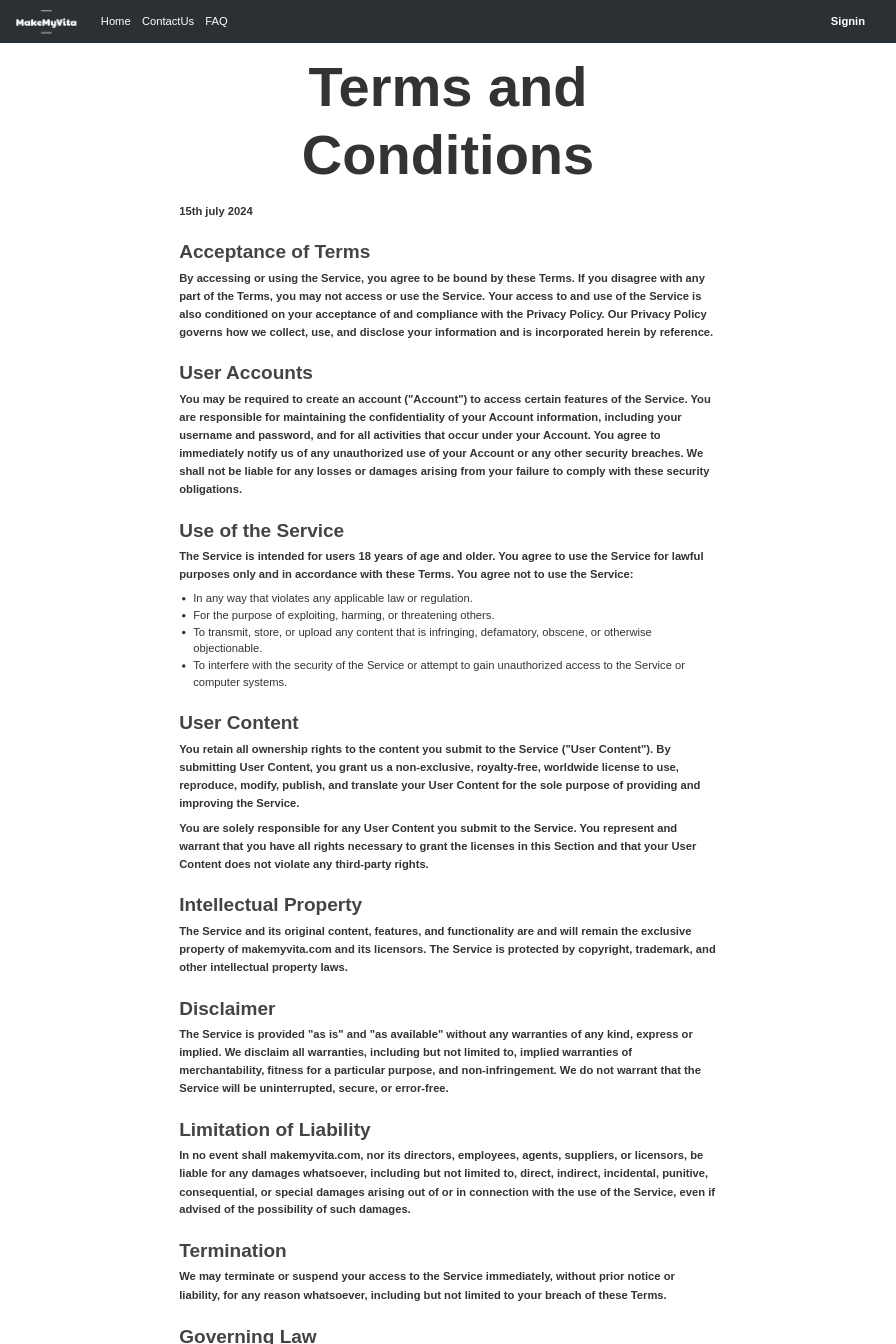
Repository: Tejaakshaykumar/MakeMyVita-Resume-Builder-Website
Page: /T&C (app in frontend/)
These files come from the project's save history. The page is drawn as it stood at one moment and after the next save; the edit follows.
The browser window is 1280 px wide. The pictures show the part of the page from y = 0 to 1920 px (the page is 2725 px tall), at 70% of full size.
Some web libraries are served in a nearby version. The project was rebuilt for these pictures with package versions that can differ from the ones it lists, and the page was loaded fresh each time. Also part of the build but not shown: frontend/src/App.css, frontend/src/containers/About.js, frontend/src/containers/Buildresume.js, frontend/src/containers/Images.js, frontend/src/containers/Features.js, frontend/src/containers/Review.js, frontend/src/containers/Trybox.js, frontend/src/containers/Motionbox.js and 5 more.

Above is the page before, as saved 2024-06-10 11:34:10.

### frontend/public/index.html
<!DOCTYPE html>
<html lang="en">
  <head>
    <meta charset="utf-8" />
    <link rel="icon" href="%PUBLIC_URL%/favicon.ico" />
    <meta name="viewport" content="width=device-width, initial-scale=1" />
    <meta name="theme-color" content="#000000" />
    <meta
      name="description"
      content="Web site created using create-react-app"
    />
    <link rel="apple-touch-icon" href="%PUBLIC_URL%/logo192.png" />
    <!--
      manifest.json provides metadata used when your web app is installed on a
      user's mobile device or desktop. See https://developers.google.com/web/fundamentals/web-app-manifest/
    -->
    <link rel="manifest" href="%PUBLIC_URL%/manifest.json" />
    <link rel="stylesheet" href="https://stackpath.bootstrapcdn.com/bootstrap/4.5.2/css/bootstrap.min.css">
  <link rel="stylesheet" href="https://stackpath.bootstrapcdn.com/font-awesome/4.7.0/css/font-awesome.min.css">
  <link href="https://cdn.jsdelivr.net/npm/bootstrap@5.3.3/dist/css/bootstrap.min.css" rel="stylesheet" integrity="sha384-QWTKZyjpPEjISv5WaRU9OFeRpok6YctnYmDr5pNlyT2bRjXh0JMhjY6hW+ALEwIH" crossorigin="anonymous">
  <link href="https://cdn.jsdelivr.net/npm/bootstrap-icons@1.7.2/font/bootstrap-icons.css" rel="stylesheet">
    <!--
      Notice the use of %PUBLIC_URL% in the tags above.
      It will be replaced with the URL of the `public` folder during the build.
      Only files inside the `public` folder can be referenced from the HTML.

      Unlike "/favicon.ico" or "favicon.ico", "%PUBLIC_URL%/favicon.ico" will
      work correctly both with client-side routing and a non-root public URL.
      Learn how to configure a non-root public URL by running `npm run build`.
    -->
    <title>React App</title>
  </head>
  <body>
    <noscript>You need to enable JavaScript to run this app.</noscript>
    <div id="root"></div>
    <!--
      This HTML file is a template.
      If you open it directly in the browser, you will see an empty page.

      You can add webfonts, meta tags, or analytics to this file.
      The build step will place the bundled scripts into the <body> tag.

      To begin the development, run `npm start` or `yarn start`.
      To create a production bundle, use `npm run build` or `yarn build`.
    -->
  </body>
  <script src="https://cdn.jsdelivr.net/npm/bootstrap@5.3.3/dist/js/bootstrap.bundle.min.js" integrity="sha384-YvpcrYf0tY3lHB60NNkmXc5s9fDVZLESaAA55NDzOxhy9GkcIdslK1eN7N6jIeHz" crossorigin="anonymous"></script>
</html>

### frontend/src/containers/Navbar.js
import React from 'react';
import { useNavigate } from 'react-router-dom';
import logo from '../images/HubSpot Brand Kit/Logo/PNG/main-logo-white-transparent.png';
export default function Navbar() {
  const navigate = useNavigate();
  const handleSigninClick = () => {
    navigate('/signin');
  };
  return (
    <div>

      <nav className="navbar fixed-top navbar-expand-lg bg-body-tertiary" data-bs-theme="dark" >
      <div className="container-fluid" >
        <a className="navbar-brand" href="/">
        <img src={logo} alt="Logo" style={{height:'5vh',width:'15vh',objectFit:'cover'}} />
        </a>
        <button
          className="navbar-toggler"
          type="button"
          data-bs-toggle="collapse"
          data-bs-target="#navbarSupportedContent"
          aria-controls="navbarSupportedContent"
          aria-expanded="false"
          aria-label="Toggle navigation"
        >
          <span className="navbar-toggler-icon" />
        </button>
        <div className="collapse navbar-collapse" id="navbarSupportedContent">
          <ul className="navbar-nav me-auto mb-2 mb-lg-0">
            <li className="nav-item">
              <a className="nav-link active" aria-current="page" href="/">
                Home
              </a>
            </li>
            <li className="nav-item">
              <a className="nav-link active" aria-current="page" href="#">
                ContactUs
              </a>
            </li>
            <li className="nav-item">
              <a className="nav-link active" aria-current="page" href="/FAQ">
                FAQ
              </a>
            </li>
          </ul>
          <form className="d-flex">
            <button className=" btn btn-outline-success custom-btn" type="submit" onClick={handleSigninClick}>
            &nbsp;&nbsp;&nbsp;&nbsp;&nbsp;Signin&nbsp;&nbsp;&nbsp;&nbsp;&nbsp;
            </button>
          </form>
        </div>
      </div>
    </nav>

    </div>
  );
}

### frontend/src/containers/Foot.js
import React from 'react';
import './cont.css'; // Import the CSS file

export default function Foot() {
  return (
    <footer>
      <div className="footer-container ">
        <ul className="footer-nav">
        <li className="nav-item">
            <a className="nav-link" href="/aboutus">
              ABOUT US
            </a>
          </li>
          <>|</>
          <li className="nav-item">
            <a className="nav-link" href="/T&C">
              TERMS & CONDITIONS
            </a>
          </li>
          <>|</>
        <li className="nav-item">
            <a className="nav-link" href="/privacy">
              PRIVACY POLICY
            </a>
          </li>
          <>|</>
          <li className="nav-item">
            <a className="nav-link" href="#">
              CONTACT US
            </a>
          </li>
          <>|</>
          <li className="nav-item">
            <a className="nav-link" href="/FAQ">
              FAQs
            </a>
          </li>
        </ul>
        <div class="social-icons">
        <a href="https://www.facebook.com" target="_blank" aria-label="Facebook">
          <i class="bi bi-facebook"></i>
        </a>
        <a href="https://www.instagram.com" target="_blank" aria-label="Instagram">
          <i class="bi bi-instagram"></i>
        </a>
        <a href="https://www.pinterest.com" target="_blank" aria-label="Pinterest">
          <i class="bi bi-pinterest"></i>
        </a>
        <a href="https://www.youtube.com" target="_blank" aria-label="YouTube">
          <i class="bi bi-youtube"></i>
        </a>
        <a href="https://www.linkedin.com" target="_blank" aria-label="LinkedIn">
          <i class="bi bi-linkedin"></i>
        </a>
        <a href="https://www.twitter.com" target="_blank" aria-label="Twitter">
          <i class="bi bi-twitter"></i>
        </a>
      </div>
      <div className="footer-copy">
          &copy; 2024 developed by Teja Akshay Kumar
      </div>
      </div>
    </footer>
  );
}

### frontend/src/containers/cont.css
/* navbar */
.custom-btn {
  color: white;
}
.custom-btn:hover {
  color: black;
  background-color: white;
}

.footer-container {
  height: 25vh;
  width: 100%;
  background-color: rgb(0, 0, 0);
  color: white;
  display: flex;
  flex-direction: column;
  align-items: center;
  /* padding-bottom: 3%; */
  /* justify-content: center; */
}

.footer-nav {
  display: flex;
  list-style: none;
  padding-top: 30px;
  margin: 0;
}

.footer-nav .nav-item {
  margin: 0 50px;
}

.footer-nav .nav-item .nav-link {
  color: white;
  text-decoration: none;
  /* text-transform: uppercase; */
  /* text-decoration: underline; */
}

.footer-nav .nav-item .nav-link:hover {
  text-decoration: underline;
}

.footer-copy {
  /* padding-top: 5%; */
  text-align: center;
  font-size: large;
  font-weight: 500;
  /* padding-bottom: 3%; */
}

.social-icons {
  display: flex;
  justify-content: center;
  gap: 40px;
  padding: 40px;
  /* background-color: #f0f0f0; */
}

.social-icons a {
  color: #ffffff;
  font-size: 24px;
  text-decoration: none;
}

.social-icons a:hover {
  color: #007bff;
}

/* Features */

.feature-component {
  height: 90vh;
  width: 100%;
  display: flex;
  justify-content: flex-start;
  flex-wrap: wrap;
  margin-top: 10%;
  padding-left: 8%;
  padding-right: 8%;
}
.feature {
  flex: 1 1 30%;
  box-sizing: border-box;
  padding: 20px;
  margin: 10px;
  text-align: center;
  background-color: #fff;
  border-radius: 8px;
  /* box-shadow: 0 4px 8px rgba(0, 0, 0, 0.1); */
}

.feature img {
  width: 60px;
  height:80px;
  margin-bottom: 10px;
}

.feature h3 {
  font-size: 1.5em;
  margin-bottom: 10px;
  font-weight: 500;
  font-family:'Franklin Gothic Medium', 'Arial Narrow', Arial, sans-serif;
}

.feature p {
  font-size: 1.3em;
  color: #666;
  font-weight: 400;
  font-family: 'Gill Sans', 'Gill Sans MT', Calibri, 'Trebuchet MS', sans-serif;
}

.feature:hover {
  background: linear-gradient(to right, #fd4908, #1e90ff);
  box-shadow: black;
  border-radius: 5%;
  color: rgb(255, 255, 255);
}

.feature:hover h3,
.feature:hover p {
  color: rgb(255, 255, 255);
}

/* About */
.resume-builder-container {
  display: flex;
  flex-direction: row;
  justify-content: space-between;
  align-items: center;
  padding: 10vh;
  /* background-color: #fff; */
  background: linear-gradient(to right, #84eefc, #ffffff, #ffffff);
  /* background:linear-gradient(to left, #00e1ff,#ffffff, #ffffff); */
  /* border: 1px solid #ddd; */
  /* border-radius: 8px; */
  /* box-shadow: 0 2px 4px rgba(0, 0, 0, 0.1); */
  height: 80vh;
}

.resume-builder-container1 {
  display: flex;
  flex-direction: row;
  justify-content: space-between;
  align-items: center;
  padding: 10vh;
  height: 80vh;
  background: linear-gradient(to top, #ffffff, #59CE8F,#E8F9FD, #ffffff);
}

/* .resume-builder-image {
    -webkit-mask-image: radial-gradient(circle, rgba(0, 0, 0, 1) 50%, rgba(0, 0, 0, 0) 90%);
    mask-image: radial-gradient(circle, rgba(0, 0, 0, 1) 50%, rgba(0, 0, 0, 0) 90%);
  }
   */
.resume-builder-content {
  max-width: 60%;
  padding: 10%;
}

.resume-builder-content1 {
  max-width: 70%;
  padding: 10%;
}

.resume-builder-content h1 {
  font-size: 4em;
  color: #333;
  margin-bottom: 10px;
  font-family: "Franklin Gothic Medium", "Arial Narrow", Arial, sans-serif;
  text-align: left;
}

.resume-builder-content p {
  font-size: 1.4em;
  font-weight: 400;
  color: #666;
  line-height: 1.5;
  margin-bottom: 20px;
  /* padding-left: 2%; */
  /* text-align: center; */
}

.resume-builder-content1 h1 {
  font-size: 4em;
  color: #333;
  margin-bottom: 10px;
  font-family: "Franklin Gothic Medium", "Arial Narrow", Arial, sans-serif;
  text-align: left;
}

.resume-builder-content1 p {
  font-size: 1.4em;
  font-weight: 400;
  color: #666;
  line-height: 1.5;
  margin-bottom: 20px;
  /* padding-left: 2%; */
  /* text-align: center; */
}

.aboutbutton {
  height: 6vh;
  width: 27%;
  margin-left: 20%;
  margin-top: 2%;
  text-align: center;
  font-weight: 500;
  border-radius: 7px;
  color: #ffffff;
  font-weight: 700;
  transition: background 0.3s ease;
  /* border-style:solid; */
  border-color: white;
  background: #3e14fc;
  box-shadow: 0 2px 6px rgba(24, 23, 23, 0.801);
  /* box-shadow: #3e14fc; */
}
.aboutbutton:hover {
  transition: background 0.3s ease;
  border-style: solid;
  background: linear-gradient(to right, #ffd000, #ff0000);
  box-shadow: #3e14fc;
}

.create-now-button {
  background-color: #00b0ff;
  color: #fff;
  border: none;
  padding: 10px 20px;
  font-size: 1em;
  border-radius: 5px;
  cursor: pointer;
}

.create-now-button:hover {
  background-color: #008cba;
}

.resume-builder-image {
  max-width: 40%;
}

.resume-builder-image img {
  max-width: 100%;
  height: auto;
  border-radius: 8px;
}

.text-gradient {
  background: linear-gradient(to right, #ff7f50, #1e90ff);
  -webkit-background-clip: text;
  -webkit-text-fill-color: transparent;
  background-clip: text;
  color: transparent;
}

.icon-container {
  width: 100%;
  height: 100px;
  overflow: hidden;
  white-space: nowrap;
  position: relative;
  background-color: #ffffff;
  padding-bottom: 25px;
}

.icons {
  display: inline-block;
  animation: moveIcons 40s linear infinite;
}

.icons img {
  font-size: 24px;
  margin: 0 15px; /* Add some margin between icons */
  color: #333;
  /* width: 100px; Adjust the size as needed */
  height: 50px;
}

@keyframes moveIcons {
  0% {
    transform: translateX(70%);
  }
  100% {
    transform: translateX(-100%);
  }
}

.try {
  height: 30vh;
  width: 100%;
  background-image: url("C:/Users/tejaa/Downloads/pexels-magda-ehlers-pexels-1279813.jpg");
  background-size: cover;
  align-items: center;
  display: flex;
  flex-direction: column;
  justify-content: center;
  margin-bottom: 7vh;
  margin-top: 5vh;
}

.try h2 {
  font-size: 280%;
  color: antiquewhite;
  text-shadow: 5px 5px 3px rgba(0, 0, 0, 0.3);
}
.try button {
  height: 4vh;
  width: 15%;
  font-weight: 700;
  border-radius: 5cm;
  color: blanchedalmond;
  border: #ffffff;
  background: linear-gradient(to right, #fd0808, #a51eff);
}

/* Review */
/* Styles for the main container */
/* Swiper specific styles */
/* #App {
  height: 100%;
}
html,
body {
  position: relative;
  height: 100%;
}

body {
  background: #eee;
  font-family: Helvetica Neue, Helvetica, Arial, sans-serif;
  font-size: 14px;
  color: #000;
  margin: 0;
  padding: 0;
} */
.swiper-container {
  /* position: relative; */
  height: 30vh;
  background: #ffffff;
  font-family: Helvetica Neue, Helvetica, Arial, sans-serif;
  font-size: 14px;
  color: #000;
  margin: 30px;
  padding: 10px;
  display: flex;
  flex-direction: row;
  justify-content: center;
}

.swiper {
  width: 100%;
  height: 100%;
}

.swiper-slide {
  text-align: center;
  font-size: 18px;
  background: #ffffff;
  display: flex;
  justify-content: center;
  align-items: center;
  padding-top: 20%;
  /* margin: 5%; */
}

.swiper-slide img {
  display: block;
  width: 100%;
  height: 100%;
  object-fit: cover;
}

.autoplay-progress {
  position: absolute;
  right: 16px;
  bottom: 16px;
  z-index: 10;
  width: 48px;
  height: 48px;
  display: flex;
  align-items: center;
  justify-content: center;
  font-weight: bold;
  color: var(--swiper-theme-color);
}

.autoplay-progress svg {
  --progress: 0;
  position: absolute;
  left: 0;
  top: 0px;
  z-index: 10;
  width: 100%;
  height: 100%;
  stroke-width: 4px;
  stroke: var(--swiper-theme-color);
  fill: none;
  stroke-dashoffset: calc(125.6px * (1 - var(--progress)));
  stroke-dasharray: 125.6;
  transform: rotate(-90deg);
}

### frontend/src/pages/pagestyles.css
/* TandC */
.tandc-container {
    max-width: 100%;
    margin: 0 auto;
    padding: 6% 20%;
    font-family: Arial, sans-serif;
    color: #333;
    /* margin-top: 7%; */
  }

  .tandc-container h1 {
    text-align: center;
    margin-bottom: 20px;
    font-weight: 700;
    font-size: 5rem;
  }

  .tandc-container h2 {
    margin-top: 30px;
    color: #444;
    font-weight: 700;
    font-size: 1.7rem;
  }

  .tandc-container p {
    line-height: 1.6;
    font-weight: 600;
    font-size: 1rem;
  }

  .tandc-container ul {
    list-style-type: disc;
    padding-left: 20px;
  }

  .tandc-container a {
    color: #1a73e8;
    text-decoration: none;
  }

  .tandc-container a:hover {
    text-decoration: underline;
  }


  /* Privacy */
  .privacy-container {
    max-width: 800px;
    margin: 0 auto;
    padding: 20px;
    font-family: 'Arial', sans-serif;
    color: #333;
    line-height: 1.6;
    background-color: #fff;
    border-radius: 8px;
    box-shadow: 0 0 10px rgba(0, 0, 0, 0.1);
  }

  h1 {
    text-align: center;
    color: #333;
    font-size: 2.5rem;
    margin-bottom: 20px;
  }

  h2 {
    color: #444;
    font-size: 1.75rem;
    margin-top: 20px;
  }

  h3 {
    color: #555;
    font-size: 1.5rem;
    margin-top: 15px;
  }

  p {
    margin-bottom: 10px;
  }

  ul {
    list-style-type: disc;
    padding-left: 20px;
  }

  a {
    color: #1a73e8;
    text-decoration: none;
  }

  a:hover {
    text-decoration: underline;
  }

  @media (max-width: 600px) {
    .privacy-container {
      padding: 10px;
    }

    h1 {
      font-size: 2rem;
    }

    h2 {
      font-size: 1.5rem;
    }

    h3 {
      font-size: 1.25rem;
    }
  }

  /* Aboutus */
  .about-container {
    font-family: 'Arial', sans-serif;
    color: #fff;
    max-width: 1200px;
    margin: 0 auto;
    padding: 20px;
    background-color: #000; /* For overall contrast, adjust as needed */
  }

  .about-top {
    position: relative;
    text-align: center;
    color: white;
  }

  .about-image {
    width: 100%;
    height: auto;
    border-radius: 10px;
    opacity: 0.8;
  }

  .about-content {
    position: absolute;
    top: 50%;
    left: 50%;
    transform: translate(-50%, -50%);
    background-color: rgba(0, 0, 0, 0.5); /* Semi-transparent background */
    padding: 20px;
    border-radius: 10px;
    max-width: 90%;
    text-align: left;
  }

  .about-content h1 {
    font-size: 3rem;
    margin-bottom: 10px;
  }

  .about-content p {
    font-size: 1.2rem;
  }

  .about-bottom {
    background-color: #222;
    padding: 40px;
    border-radius: 10px;
    margin-top: 20px;
  }

  .about-bottom h2 {
    font-size: 2rem;
    margin-bottom: 20px;
  }

  .about-bottom p,
  .about-bottom ul {
    font-size: 1.2rem;
    line-height: 1.6;
  }

  .about-bottom ul {
    list-style-type: disc;
    padding-left: 20px;
  }

  .about-bottom h3 {
    font-size: 1.5rem;
    margin-top: 20px;
  }

  @media (max-width: 768px) {
    .about-content h1 {
      font-size: 2rem;
    }

    .about-content p {
      font-size: 1rem;
    }

    .about-bottom h2 {
      font-size: 1.5rem;
    }

    .about-bottom p,
    .about-bottom ul {
      font-size: 1rem;
    }
  }

  /* FAQ */
  /* styles.css */

/* body, html {
  margin: 0;
  padding: 0;
  font-family: Arial, sans-serif;
  background-color: #f7f7f7;
}

.app {
  display: flex;
  justify-content: center;
  align-items: center;
  min-height: 100vh;
  padding: 20px;
} */

.faq-container {
  background-color: white;
  padding: 20px;
  border-radius: 8px;
  max-width: 800px;
  width: 100%;
  box-shadow: 0 4px 8px rgba(0, 0, 0, 0.1);
}

.faq-container h1 {
  text-align: center;
  margin-bottom: 20px;
}

.faq-container input {
  width: 100%;
  padding: 10px;
  margin-bottom: 20px;
  border: 1px solid #ccc;
  border-radius: 4px;
}

.faq-list {
  max-height: 500px;
  overflow-y: auto;
}

.faq-item {
  border-bottom: 1px solid #eee;
  padding: 10px 0;
}

.faq-question {
  cursor: pointer;
  font-weight: bold;
}

.faq-answer {
  margin-top: 10px;
}

.related-articles {
  margin-top: 10px;
}

.related-articles h4 {
  margin-bottom: 5px;
}

.related-articles ul {
  padding-left: 20px;
  margin: 0;
}

.related-articles li {
  list-style-type: disc;
}



  /* Dashboard */
  body {
    font-family: Arial, sans-serif;
  }

  .sidebar {
    position: fixed;
    top: 0;
    bottom: 0;
    left: 0;
    z-index: 100;
    padding: 48px 0 0;
    box-shadow: inset -1px 0 0 rgba(0, 0, 0, .1);
  }

  .sidebar .nav-link {
    font-weight: 500;
    color: #333;
  }

  .sidebar .nav-link.active {
    color: #007bff;
  }

  .sidebar .nav-link:hover {
    color: #007bff;
  }

  .sidebar .sidebar-title {
    padding: 16px;
    font-size: 1.5rem;
    text-align: center;
  }

  .sidebar-footer {
    position: absolute;
    bottom: 0;
    width: 100%;
    padding: 16px;
    text-align: center;
  }

  .sidebar-footer .nav-link {
    color: #007bff;
  }

  .sidebar-footer .nav-link:hover {
    color: #0056b3;
  }

  .badge-new {
    background-color: #28a745;
    color: white;
    padding: 4px 8px;
    border-radius: 12px;
  }

  .card {
    margin-bottom: 1.5rem;
  }

  .card-title {
    font-size: 1.5rem;
    font-weight: bold;
  }

  .alert {
    margin-bottom: 0;
    font-size: 0.875rem;
  }

  @media (max-width: 767.98px) {
    .sidebar {
      position: relative;
      width: 100%;
      height: auto;
    }

    .sidebar .nav-link {
      font-size: 0.875rem;
    }
  }


  /* Signin */


  .signin {
    /* background: linear-gradient(45deg, #a1c4fd, #c2e9fb); */
    font-family: 'Arial', sans-serif;
    /* background:linear-gradient(to top,#000000,#5A72A0,#83B4FF,#FDFFE2); */
    background:linear-gradient(to top,#000000,#243763);
    /* background:linear-gradient(to top,#000000,#E96479,#F5E9CF,#c4fffd); */

    height: 100vh;
    display: flex;
    justify-content: center;
    align-items: center;
    margin-bottom: -2%;
  }

  .signin-container {
    text-align: center;

  }

  .signin-box {
    background: #fff;
    padding: 40px;
    border-radius: 8px;
    box-shadow: 0px 0px 20px rgba(0, 0, 0, 0.301);
    width: 500px;
    max-width: 90%;
  }

  .signin-header h2 {
    font-size: 24px;
    font-weight: 700;
    margin-bottom: 10px;
  }

  .signin-header p {
    font-size: 14px;
    color: #777;
    margin-bottom: 20px;
  }

  .form-group {
    margin-bottom: 15px;
  }

  .form-group label {
    display: block;
    text-align: left;
    margin-bottom: 5px;
  }

  .form-control {
    width: 100%;
    padding: 10px;
    border: 1px solid #ccc;
    border-radius: 4px;
    box-sizing: border-box;
  }

  .input-group {
    display: flex;
    align-items: center;
  }

  .input-group-append {
    background: #fff;
    border: 1px solid #ccc;
    border-left: 0;
    padding: 10px;
    border-radius: 0 4px 4px 0;
    cursor: pointer;
  }

  .form-check {
    display: flex;
    align-items: center;
    justify-content: space-between;
    margin: 20px 0;
  }

  .form-check-input {
    margin-right: 10px;
  }

  .form-check-label {
    margin-right: auto;
  }

  .forgot-password {
    color: #000;
    text-decoration: none;
  }

  .btn {
    width: 100%;
    padding: 10px;
    border: none;
    border-radius: 4px;
    cursor: pointer;
    font-size: 16px;
    font-weight: bold;
  }

  .btn-primary {
    background: #000;
    color: #fff;
  }

  .or-use {
    margin: 20px 0;
  }

  .or-use span {
    background: #fff;
    padding: 0 10px;
    color: #777;
  }

  .social-login {
    display: flex;
    justify-content: center;
    margin: 20px 0;
  }

  .social-login button {
    margin: 0 10px;
    width: 50px;
    height: 50px;
    border-radius: 50%;
    border: 1px solid #ccc;
    display: inline-flex;
    justify-content: center;
    align-items: center;
    background: #fff;
    cursor: pointer;
  }

  footer {
    margin-top: 20px;
  }

  footer p {
    font-size: 14px;
    color: #777;
  }

Loaded but not shown: frontend/src/index.js (common file); frontend/src/index.css (common file); frontend/src/reportWebVitals.js (common file); frontend/src/pages/TandC.js (106 lines, source omitted); frontend/src/App.js (99 lines, source omitted)

After the next save:
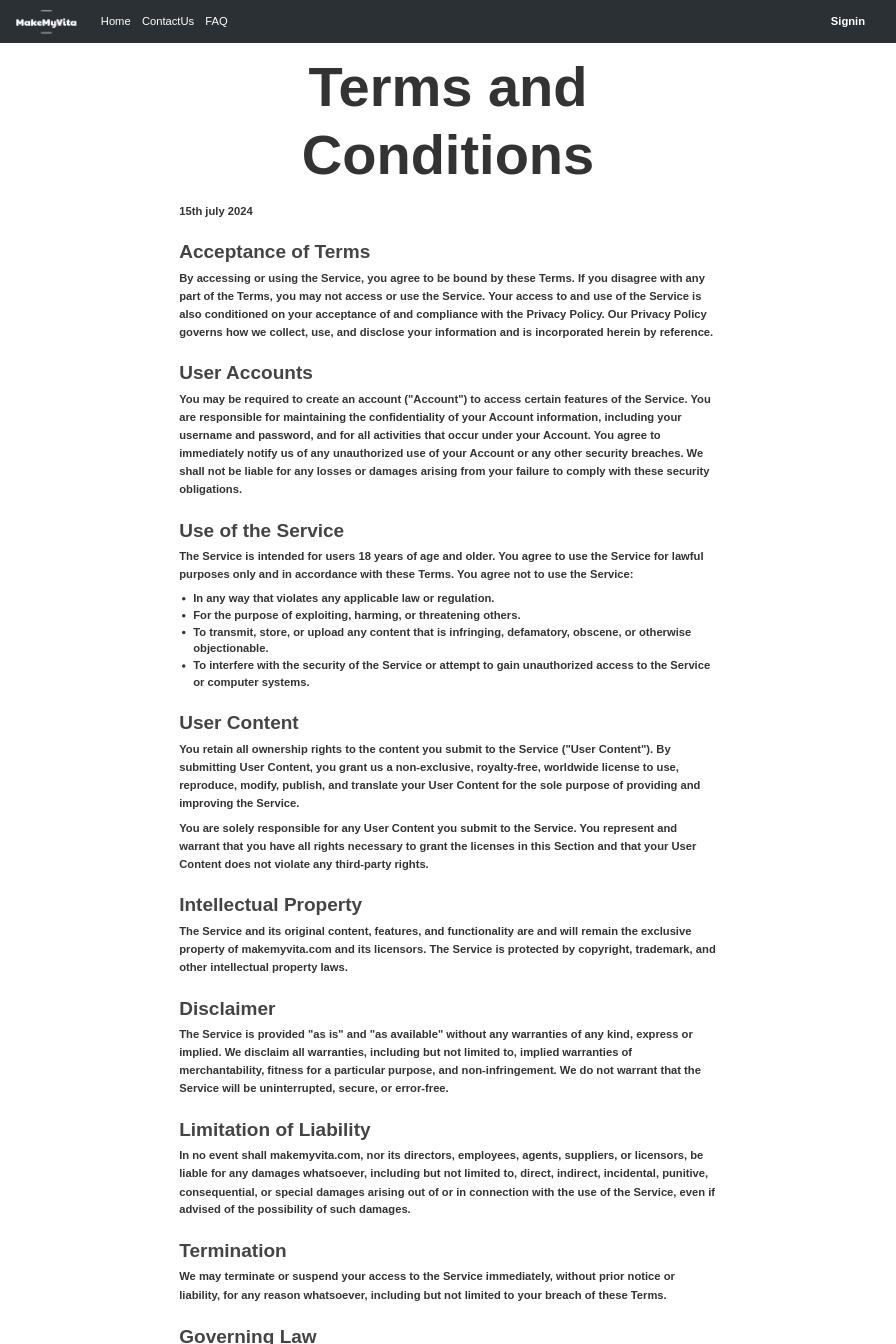
Saved 9 s later.
--- a/frontend/src/pages/pagestyles.css
+++ b/frontend/src/pages/pagestyles.css
@@ -31,6 +31,8 @@
   .tandc-container ul {
     list-style-type: disc;
     padding-left: 20px;
+    font-weight: 600;
+    font-size: 1rem;
   }
 
   .tandc-container a {
